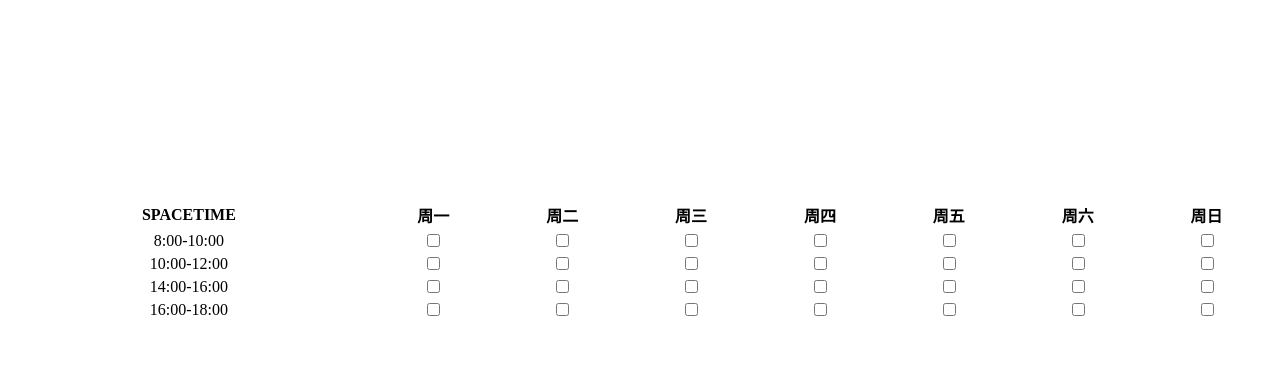
Repository: vagrantgrapefruit/JAVA
Page: http://localhost/MeetRoomManage/SpaceTime.jsp
An editor plug-in stored every save of this project. The page is shown before and after the next save, followed by the edit.
The browser window is 1280 px wide. The pictures show the whole page.
The page is served by Tomcat 9.

Above is the page before, as saved 2017-12-28 12:50:29.

After the next save:
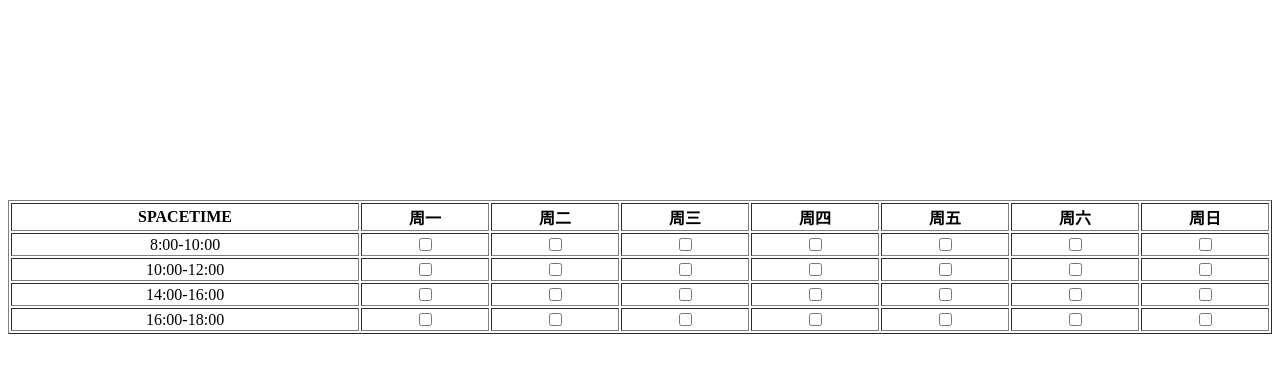
Saved 41 s later.
--- a/MeetRoomManage/WebRoot/SpaceTime.jsp
+++ b/MeetRoomManage/WebRoot/SpaceTime.jsp
@@ -22,7 +22,7 @@ String basePath = request.getScheme()+"://"+request.getServerName()+":"+request.
   <body>
 
 	  <div style=" margin: 200px 200px 200px 0px; width:100%; text-align:center">
-	  	<table style=" margin: 200px 200px 200px 0px; width:100%; text-align:center" borde="1">
+	  	<table style=" margin: 200px 200px 200px 0px; width:100%; text-align:center" border="1">
 	  		<tr>
 	  			<th>SPACETIME</th> <th>周一</th> <th>周二</th> <th>周三</th> <th>周四</th> <th>周五</th> <th>周六</th> <th>周日</th>
 	  		</tr>
